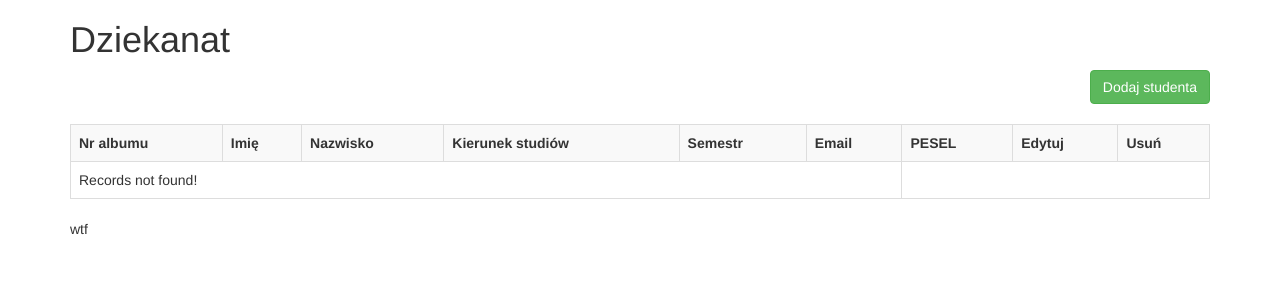
Repository: wojciechDrozd/php
Page: http://localhost/
These files come from the project's save history. The page is drawn as it stood at one moment and after the next save; the edit follows.
The browser window is 1280 px wide. The pictures show the whole page.
Some web libraries are served in a nearby version. The page is run by PHP 8.4 with error messages shown; the project is at /var/www/html/. Queries for data that is not in the repository find no rows.

Above is the page before, as saved 2017-04-10 20:43:11.

After the next save:
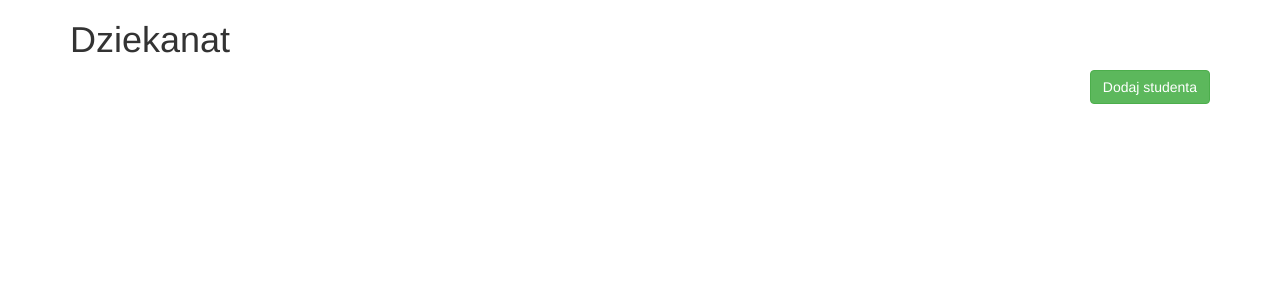
Console error: SyntaxError: Unexpected identifier 'pesel'
Saved 96 s later.
--- a/1/CRUDexample/js/script.js
+++ b/1/CRUDexample/js/script.js
@@ -97,9 +97,13 @@
     // Update the details by requesting to the server using ajax
     $.post("ajax/updateUserDetails.php", {
             id: id,
+            student_nr: student_nr,
             first_name: first_name,
             last_name: last_name,
+            major: major,
+            year: year,
             email: email
+            pesel: pesel
         },
         function (data, status) {
             // hide modal popup

After the save that followed:
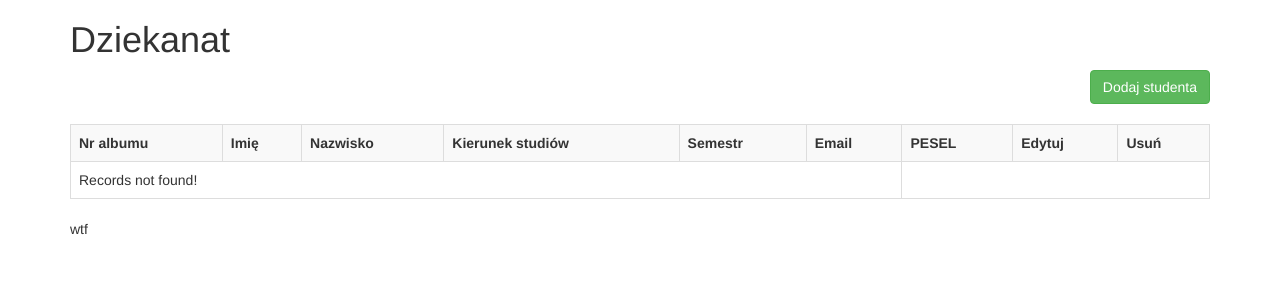
The error is gone.
Saved 3 min 44 s later.
--- a/1/CRUDexample/js/script.js
+++ b/1/CRUDexample/js/script.js
@@ -102,7 +102,7 @@
             last_name: last_name,
             major: major,
             year: year,
-            email: email
+            email: email,
             pesel: pesel
         },
         function (data, status) {
